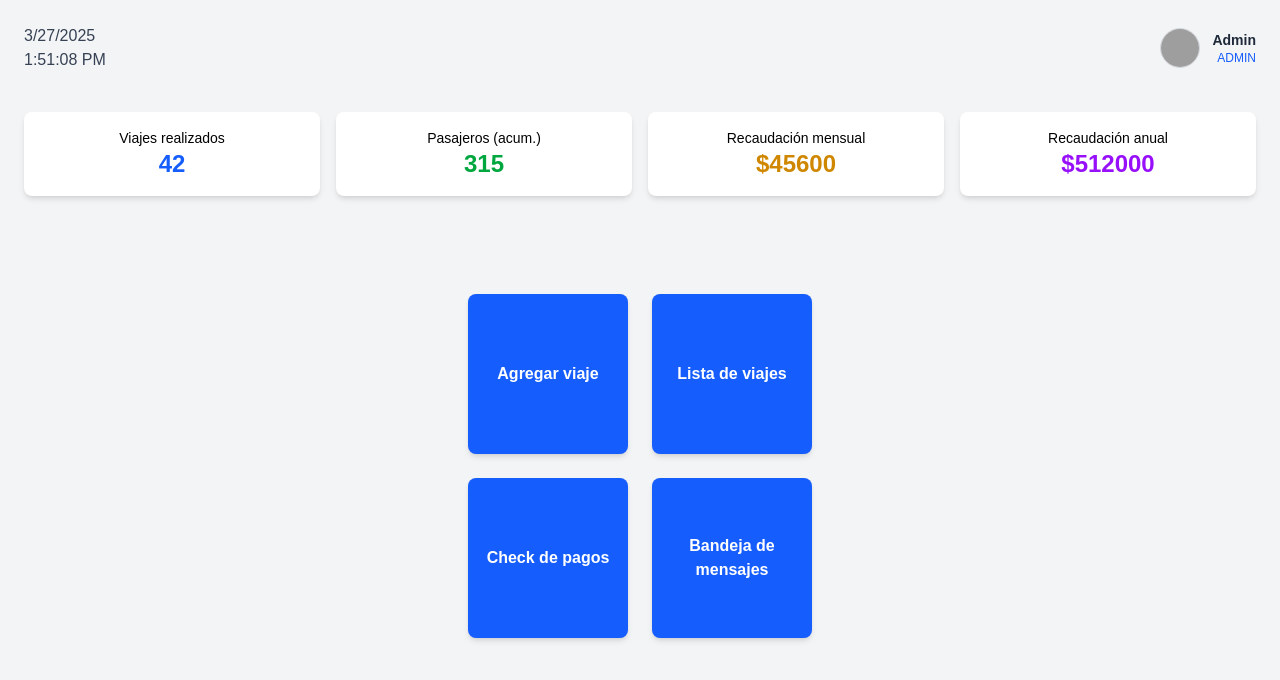
Repository: francoluca35/appcolectivos
Page: /homeadmin
An editor plug-in stored every save of this project. The page is shown before and after the next save, followed by the edit.
The browser window is 1280 px wide. The pictures show the whole page.
Pictures or frames that could not be fetched are drawn as grey boxes. The project was rebuilt for these pictures with package versions that can differ from the ones it lists, and the page was loaded fresh each time. The framework's server and built-in components were replaced by stand-ins that run in the browser. Also part of the build but not shown: next.config.mjs.

Above is the page before, as saved 2025-03-27 23:05:03.

After the next save:
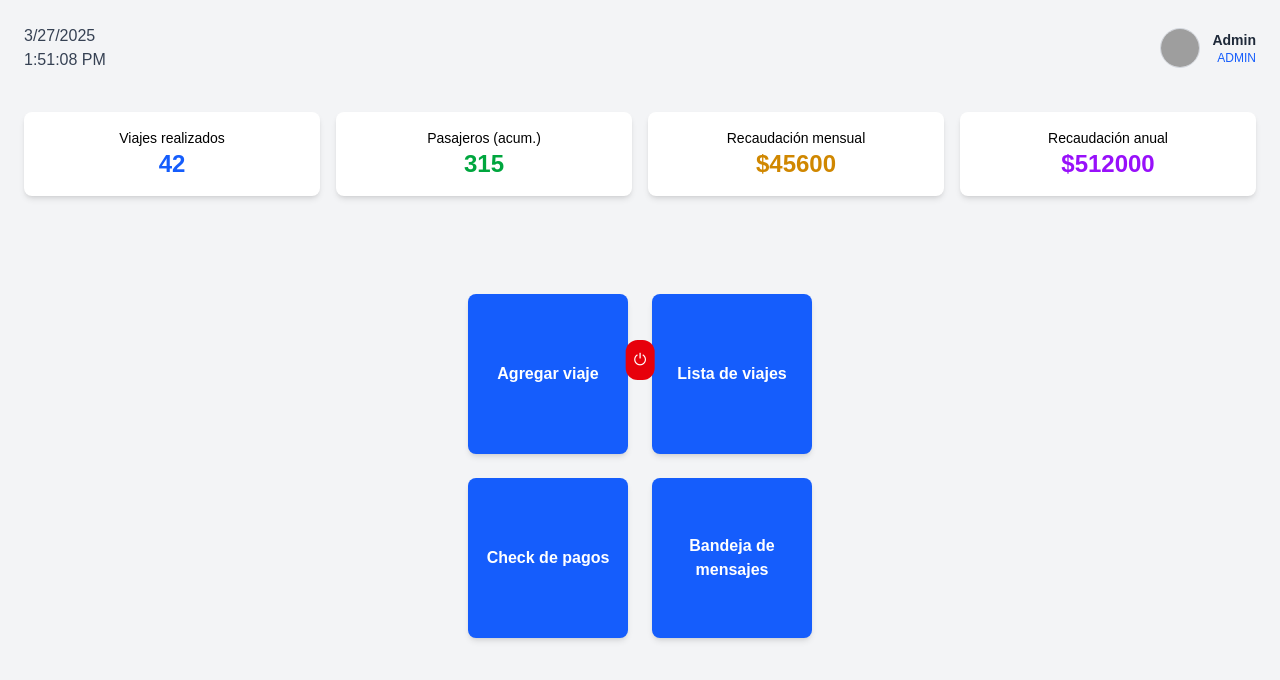
Saved 23 s later.
--- a/src/app/homeadmin/page.js
+++ b/src/app/homeadmin/page.js
@@ -53,6 +53,16 @@
             <p className="text-xs text-blue-600 uppercase">{usuario.role}</p>
           </div>
         </div>
+        <button
+    onClick={() => {
+      localStorage.removeItem("adminUser");
+      router.push("/admin");
+    }}
+    className="absolute bg-red-600 text-white p-2 rounded-xl hover:bg-red-700 transition top-1/2 left-1/2 -translate-x-1/2 -translate-y-1/2 z-10"
+    title="Cerrar sesión"
+  >
+    ⏻
+  </button>
       </div>
       <EstadisticasPanel stats={stats} />
 

After the save that followed:
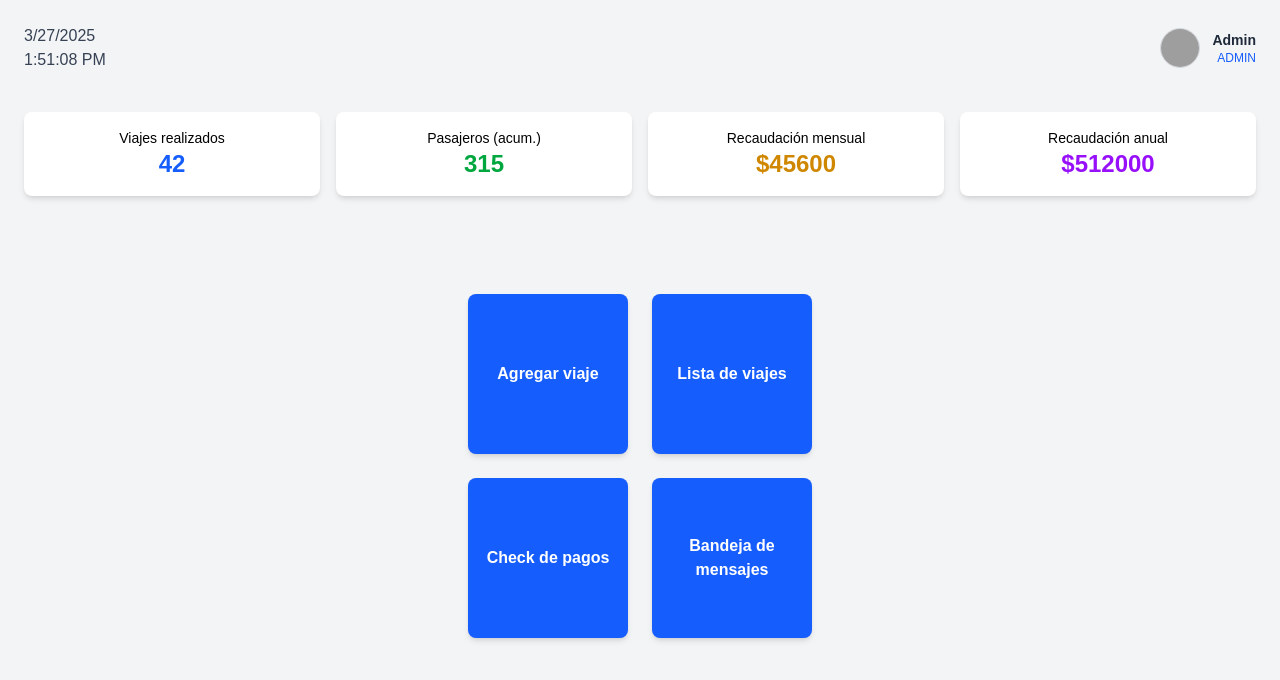
Saved 5 s later.
--- a/src/app/homeadmin/page.js
+++ b/src/app/homeadmin/page.js
@@ -53,16 +53,6 @@
             <p className="text-xs text-blue-600 uppercase">{usuario.role}</p>
           </div>
         </div>
-        <button
-    onClick={() => {
-      localStorage.removeItem("adminUser");
-      router.push("/admin");
-    }}
-    className="absolute bg-red-600 text-white p-2 rounded-xl hover:bg-red-700 transition top-1/2 left-1/2 -translate-x-1/2 -translate-y-1/2 z-10"
-    title="Cerrar sesión"
-  >
-    ⏻
-  </button>
       </div>
       <EstadisticasPanel stats={stats} />
 
